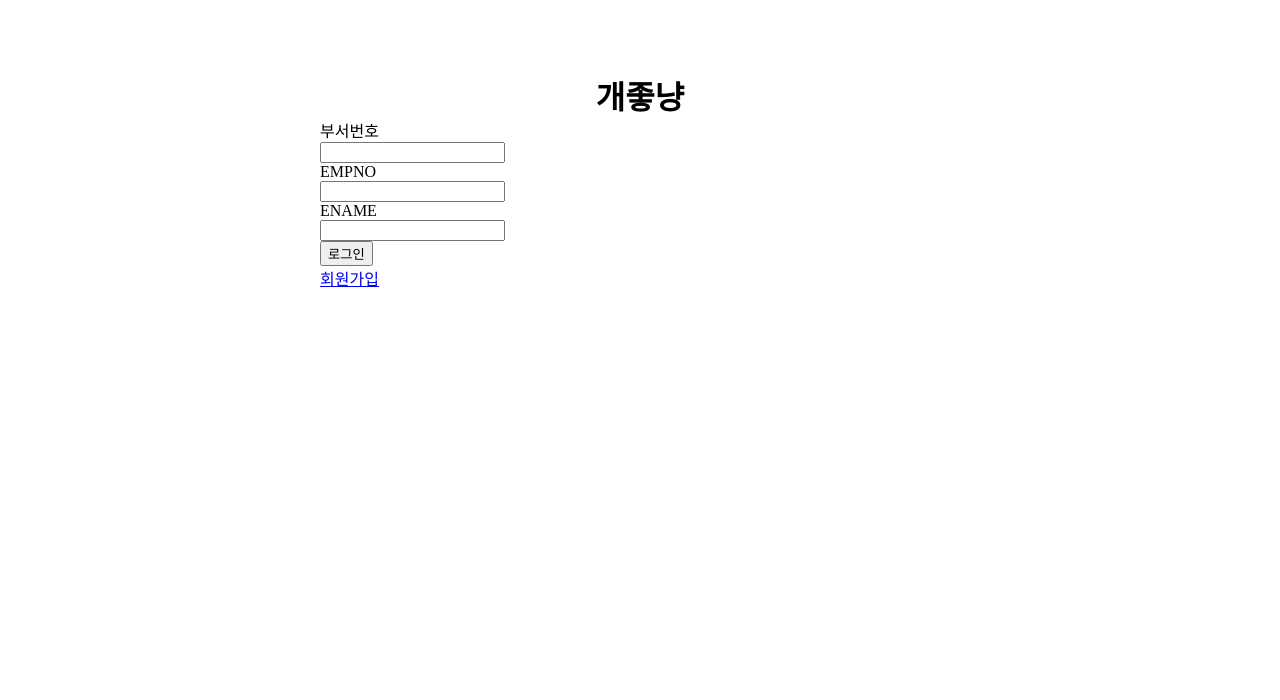
Repository: rmsgh2392/jee-company
Page: http://localhost/company/facade.do
An editor plug-in stored every save of this project. The page is shown before and after the next save, followed by the edit.
The browser window is 1280 px wide. The pictures show the whole page.
The page is served by Tomcat 9.

Above is the page before, as saved 2019-10-07 11:07:31.

After the next save:
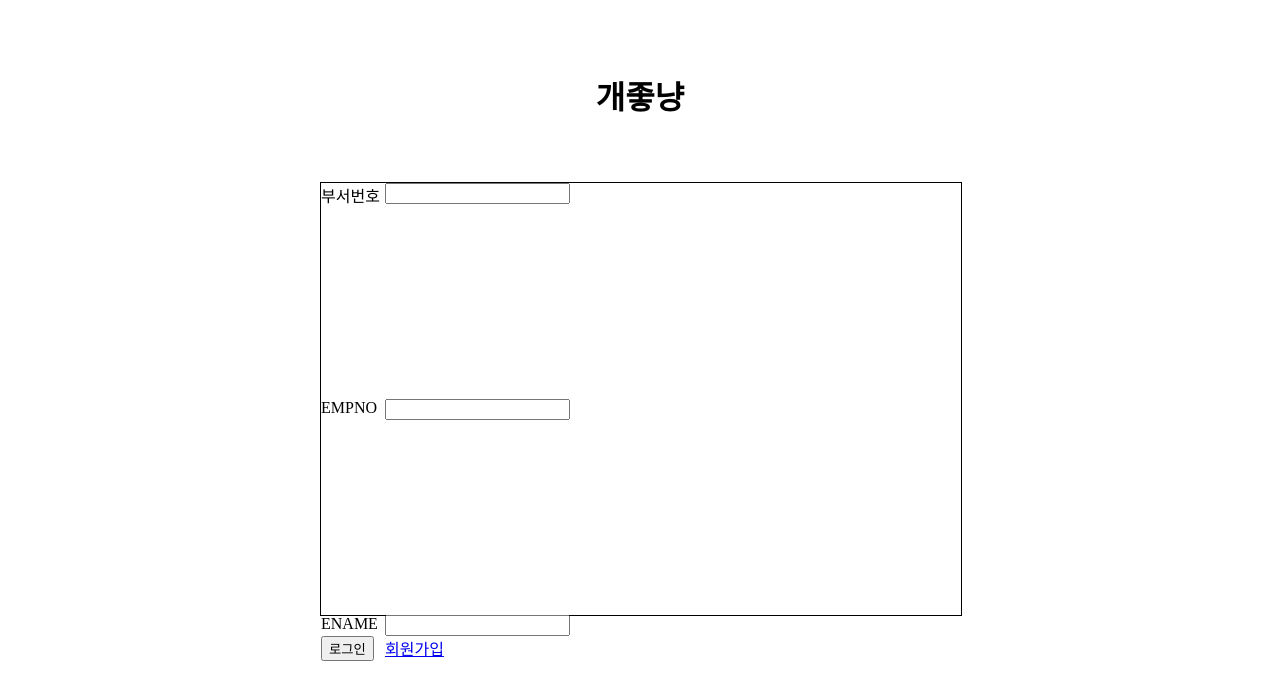
Saved 3 min 1 s later.
--- a/company/WebContent/resources/css/style.css
+++ b/company/WebContent/resources/css/style.css
@@ -11,39 +11,16 @@ html, body{
 	grid-template-columns : 25% 50% 25%;
 	grid-template-rows : 10% 60% 30%
 }
-.container{
+.login_tab{
 	display : grid;
 	width: 100%;
 	height:100%;
-	grid-template-rows : 10% 60% 10%;
+	border : 1px solid black;
+	grid-template-columns : 10% 90%;
+	grid-template-rows : 50% 50%;
+	margin : 10% auto;
 }
-.content{
-	display : grid;
-	width: 100%;
-	height:100%;
-	grid-template-columns: 25% 50% 25%;
-	grid-template-rows : 10% 60% 30%;
 
-}
+
 #main_text { width : 200px; margin : 0 auto;text-align:center;}
-.join_spac{
-display : grid;
-	margin : 0 auto;
-	width : 70%;
-	height: 80%;
-	grid-template-columns : 30% 20% 50%;
-	grid-template-rows : 11% 11% 11% 11% 11% 11% 11% 11% 12%;
-	border : 1px solid black;
-}
-.container div{border : 1px dotted black}
 #login_form{width:100%;height:100%}
-#login_tab div{border : 1px solid black;}
-#input{
-	grid-column: 2/4;
-	border : 1px solid black;
-}
-#dept{
-	margin: 0auto;
-	width : 100%;
-	height : 50px;
-}
